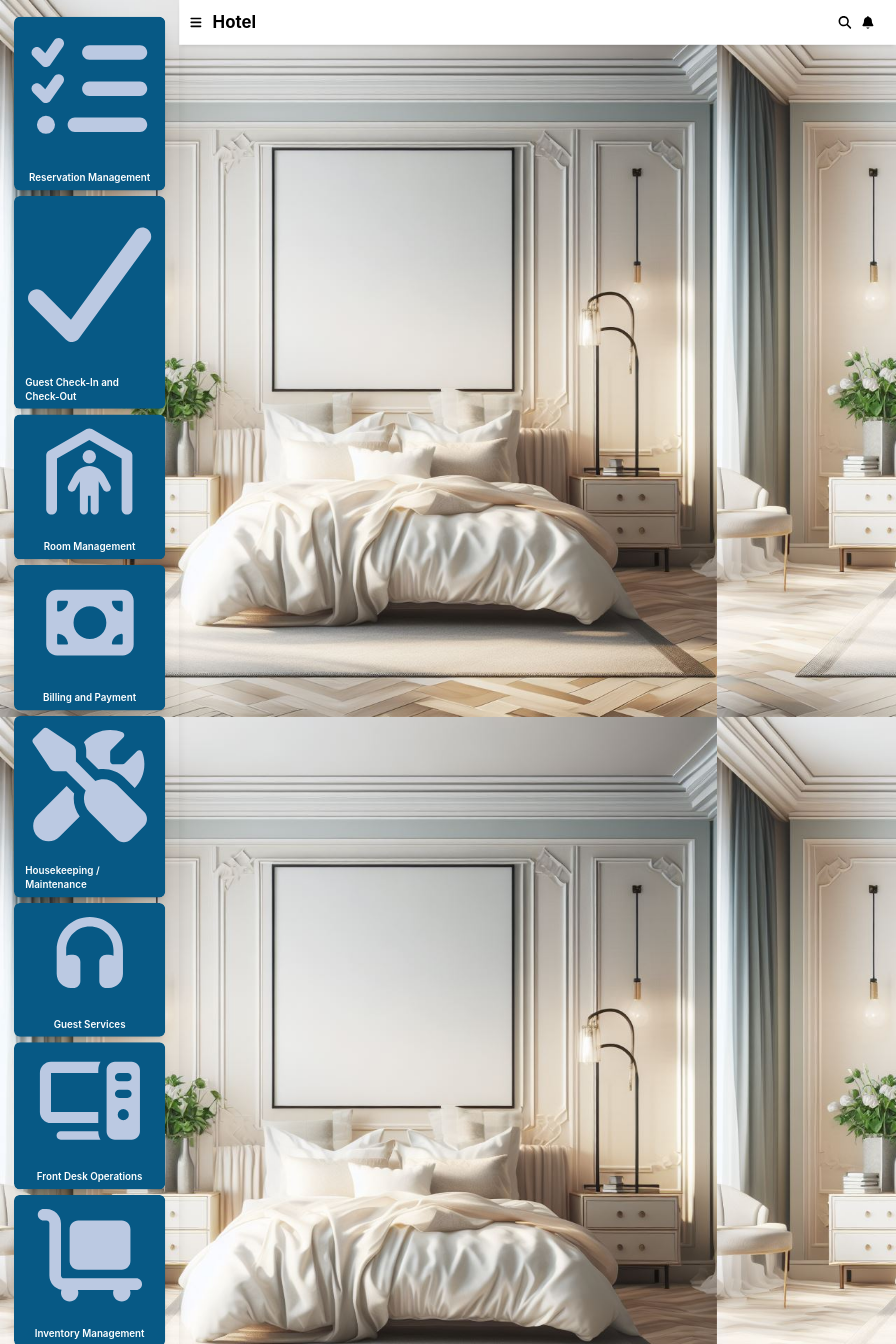
Repository: musabismael/Hotel
Page: /
The author's editor kept a copy of each file at every save. The page is drawn from the files as they stood at one save, then again after the next save.
The browser window is 1280 px wide. The pictures show the part of the page from y = 0 to 1920 px (the page is 3016 px tall before and 3063 px after), at 70% of full size.
The project was rebuilt for these pictures with package versions that can differ from the ones it lists, and the page was loaded fresh each time. Also part of the build but not shown: vite.config.js, src/App.css, src/pages/ReservationManagement.jsx, src/pages/GuestCheckInOut.jsx, src/pages/RoomManagement.jsx, src/pages/BillingPayment.jsx, src/pages/HousekeepingMaintenance.jsx, src/pages/GuestServices.jsx and 6 more.

Above is the page before, as saved 2023-10-01 18:58:42.

### index.html
<!doctype html>
<html lang="en">
  <head>
    <meta charset="UTF-8" />
    <link rel="icon" type="image/svg+xml" href="/vite.svg" />
    <meta name="viewport" content="width=device-width, initial-scale=1.0" />
    <title>Hotel</title>
  </head>
  <body>
    <div id="root"></div>
    <script type="module" src="/src/main.jsx"></script>
  </body>
</html>

### src/App.jsx
import "./App.css";
import { createBrowserRouter } from "react-router-dom";
import { RouterProvider } from "react-router";
import LandingPageLayout from "./layouts/LandingPageLayout";
import ReservationManagement from "./pages/ReservationManagement";
import GuestCheckInOut from "./pages/GuestCheckInOut";
import RoomManagement from "./pages/RoomManagement";
import BillingPayment from "./pages/BillingPayment";
import HousekeepingMaintenance from "./pages/HousekeepingMaintenance";
import GuestServices from "./pages/GuestServices";
import FrontDeskOperations from "./pages/FrontDeskOperations";
import InventoryManagement from "./pages/InventoryManagement";
import ReportingAnalytics from "./pages/ReportingAnalytics";
import SecurityAccessControl from "./pages/SecurityAccessControl";
import PointOfSale from "./pages/PointOfSale";
import CRM from "./pages/CRM"; // Import the CRM component
const router = createBrowserRouter([
  {
    path: "/",
    element: <LandingPageLayout />,
    children: [
      {
        path: "/reservation_management",
        element: <ReservationManagement />,
      },
      {
        path: "/guestCheckInOut",
        element: <GuestCheckInOut />,
      },
      {
        path: "/billing_and_payment",
        element: <BillingPayment />,
      },
      {
        path: "/room_management",
        element: <RoomManagement />,
      },
      {
        path: "/housekeeping_maintenance",
        element: <HousekeepingMaintenance />,
      },
      {
        path: "/guest_services",
        element: <GuestServices />,
      }, {
        path: "/desk_operations",
        element: <FrontDeskOperations />,
      }, {
        path: "/security_control",
        element: <SecurityAccessControl />,
      },
      {
        path: "/reporting_and_analytics",
        element: <ReportingAnalytics />,
      }, {
        path: "/inventory_management",
        element: <InventoryManagement />,
      },
      {
        path: "/pos",
        element: <PointOfSale />,
      },
      {
        path: "/crm",
        element: <CRM />,
      },
    ],
  },
]);

const App = () => <RouterProvider router={router} />;
export default App;

### src/index.css
@tailwind base;
@tailwind components;
@tailwind utilities;

:root {
  font-family: Inter, system-ui, Avenir, Helvetica, Arial, sans-serif;
  line-height: 1.5;
  font-weight: 400;
  background-image: url("cover.jpeg"), url("cover.jpeg");
  background-color:#397398;

  font-synthesis: none;
  text-rendering: optimizeLegibility;
  -webkit-font-smoothing: antialiased;
  -moz-osx-font-smoothing: grayscale;
  -webkit-text-size-adjust: 100%;
}

### src/layouts/LandingPageLayout.jsx
import { Outlet } from "react-router";
import Header from "../component/Header";
import Sidebar from "../component/Sidebar";
const LandingPageLayout = () => {
  return (
    <div className="flex #3d7c9f">
      <Sidebar />

      <div className="flex-1">
        <Header />
        <main className="p-4">
          <Outlet />
        </main>
      </div>
    </div>
  );
};

export default LandingPageLayout;

### src/component/Header.jsx
import { FontAwesomeIcon } from "@fortawesome/react-fontawesome";
import { faBars, faBell, faSearch } from "@fortawesome/free-solid-svg-icons";

function Header() {
  return (
    <header className="bg-white shadow-md p-4 flex justify-between items-center sticky top-0 w-full  ">
      <div className="flex items-center">
        <FontAwesomeIcon
          icon={faBars}
          className="text-black mr-4 text-lg color"
        />
        <h1 className="text-2xl font-bold text-black">Hotel</h1>
      </div>
      <div className="flex items-center">
        <FontAwesomeIcon icon={faSearch} className="text-black text-lg mr-4" />
        <FontAwesomeIcon icon={faBell} className="text-black text-lg mr-4" />

        {/* Add other icons or elements on the right side here */}
      </div>
    </header>
  );
}

export default Header;

### src/component/Sidebar.jsx
import Card from "./Card";
import {
  faPersonShelter,
  faListCheck,
  faCheck,
  faMoneyBill,
  faScrewdriverWrench,
  faHeadphones,
  faComputer,
  faCartFlatbed,
  faPersonMilitaryPointing,
  faChartBar,
  faKey,
  faBookmark,
} from "@fortawesome/free-solid-svg-icons";

const Sidebar = () => {
  const cardData = [
    {
      id: 1,
      title: "Reservation Management",
      description:
        "Online booking, availability calendar, and booking modification.",
      icon: faListCheck,
      link: "/reservation_management",
    },
    {
      id: 2,
      title: "Guest Check-In and Check-Out",
      description: "Guest registration, check-out, and key card issuance.",
      icon: faCheck,
      link: "/GuestCheckInOut",
    },
    {
      id: 3,
      title: "Room Management",
      description: "Room assignment, status updates, and inventory tracking.",
      icon: faPersonShelter,
      link: "/room_Management",
    },
    {
      id: 4,
      title: "Billing and Payment",
      description: "Invoicing, payment processing, and split billing.",
      icon: faMoneyBill,
      link: "/billing_and_payment",
    },
    {
      id: 5,
      title: "Housekeeping / Maintenance",
      description:
        "Housekeeping schedule, maintenance requests, and inventory management.",
      icon: faScrewdriverWrench,
      link: "/housekeeping_maintenance",
    },
    {
      id: 6,
      title: "Guest Services",
      description:
        "Concierge services, room service, wake-up calls, and laundry services.",
      icon: faHeadphones,
      link: "/guest_services",
    },
    {
      id: 7,
      title: "Front Desk Operations",
      description: "Guest inquiries, check-in/out, and guest profile access.",
      icon: faComputer,
      link: "/desk_operations",
    },
    {
      id: 8,
      title: "Inventory Management",
      description: "Managing hotel supplies and amenities.",
      icon: faCartFlatbed,
      link: "/inventory_management",
    },
    {
      id: 9,
      title: "Reporting and Analytics",
      description: "Generate reports on occupancy, revenue, and key metrics.",
      icon: faChartBar,
      link: "/reporting_and_analytics",
    },

    {
      id: 10,
      title: "Security and Access Control",
      description: "Surveillance camera integration and access control.",
      icon: faKey,
      link: "/security_control",
    },
    {
      id: 11,
      title: "Point of Sale (POS)",
      description:
        "Integration with on-site restaurants, bars, and gift shops.",
      icon: faBookmark,
      link: "/pos",
    },

    {
      id: 12,
      title: "Customer Relationship Management (CRM)",
      description: "Guest profiles, preferences, and loyalty programs.",
      icon: faPersonMilitaryPointing,
      link: "/crm",
    },

    // Add more service/feature objects here
  ];

  const handleCardClick = (id) => {
    console.log(`Card with ID ${id} clicked`);
  };
  return (
    <aside className="bg-white-700  w-1/5 min-h-screen p-4 shadow-lg overflow-y-scroll">
      <nav>
        {cardData.map((card) => (
          <Card
            key={card.id}
            link={card.link}
            icon={card.icon}
            title={card.title}
            onClick={() => handleCardClick(card.id)}
          />
        ))}
      </nav>
    </aside>
  );
};

export default Sidebar;

### src/component/Card.jsx
import { Link } from "react-router-dom";
import { FontAwesomeIcon } from "@fortawesome/react-fontawesome";
function Card({ link, icon, title, onClick }) {
  return (
    <div
      className="max-w-sm  mx-1 my-2 cursor-pointer shadow-lg rounded-lg overflow-hidden hover:shadow-xl transition duration-300 transform hover:scale-105"
      onClick={onClick}
    >
      <div className="bg-sky-800 rounded-lg overflow-hidden shadow-lg flex flex-col items-center justify-center">
        <Link to={link} className="text-blue-600 hover:text-blue-800">
          <FontAwesomeIcon
            icon={icon}
            size="2xs"
            className=" w-auto p-5 h-auto object-cover"
            style={{ color: "#bbc9e2" }}
          />

          <div className="px-4 py-2 items-center">
            <h3 className=" text-white text-sm  flex flex-col text-ellipsis items-center font-semibold">
              {title}
            </h3>
            {/* Add more content or description here if needed */}
          </div>
        </Link>
      </div>
    </div>
  );
}

export default Card;

### tailwind.config.js
/** @type {import('tailwindcss').Config} */
export default {
  content: [
    "./index.html",
    "./src/**/*.{js,ts,jsx,tsx}",
  ],
  theme: {
    extend: {
      fontFamily: {
        'custom': ['CustomFont', 'sans'],
      },
      textColor: {
        'custom': '#333333', // Custom text color
      },
    },
  },
  plugins: [],
}

Loaded but not shown: src/main.jsx (common file)

After the next save:
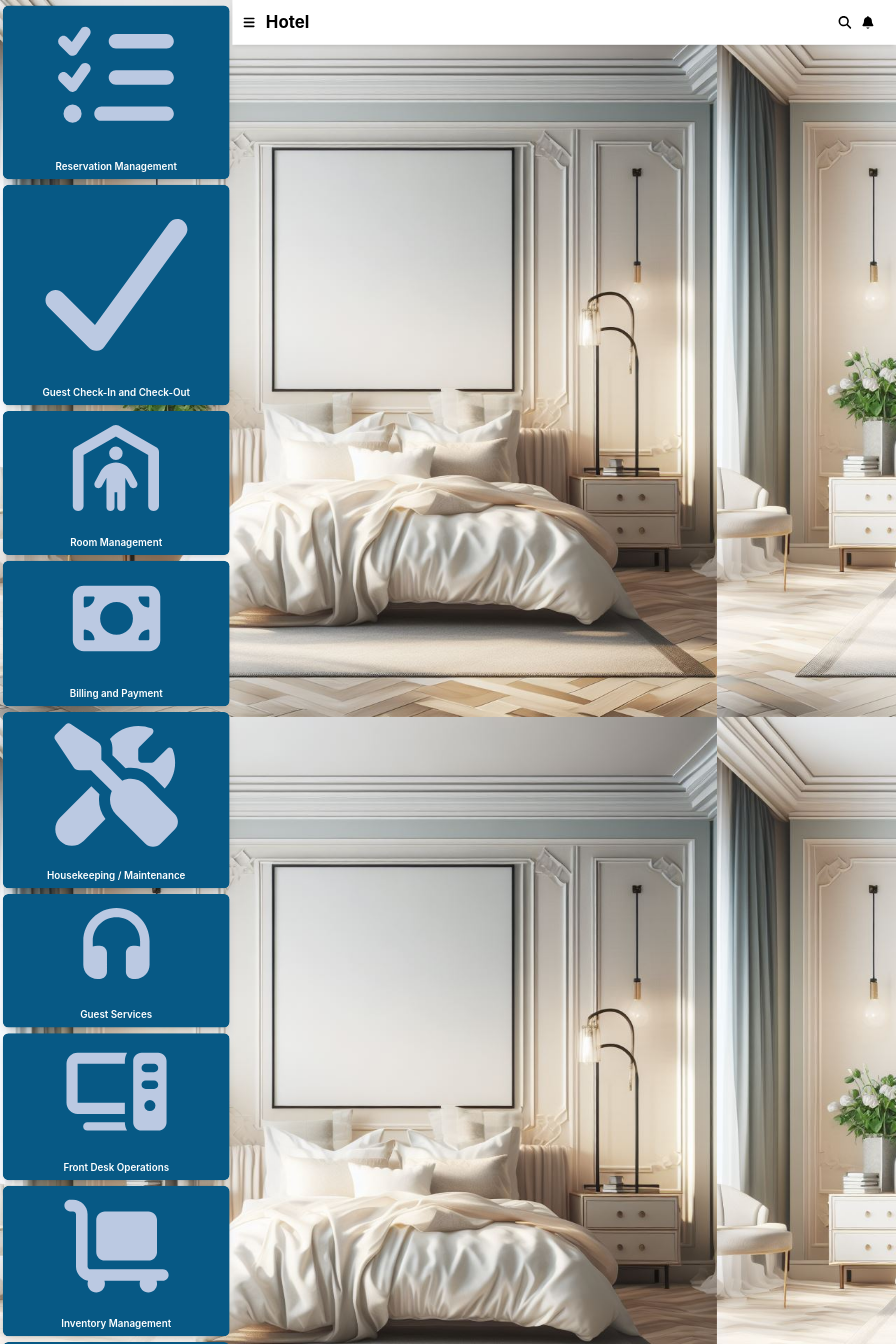
Saved 17 s later.
--- a/src/component/Sidebar.jsx
+++ b/src/component/Sidebar.jsx
@@ -114,7 +114,7 @@
     console.log(`Card with ID ${id} clicked`);
   };
   return (
-    <aside className="bg-white-700  w-1/5 min-h-screen p-4 shadow-lg overflow-y-scroll">
+    <aside className="bg-white-700  ">
       <nav>
         {cardData.map((card) => (
           <Card

After the save that followed:
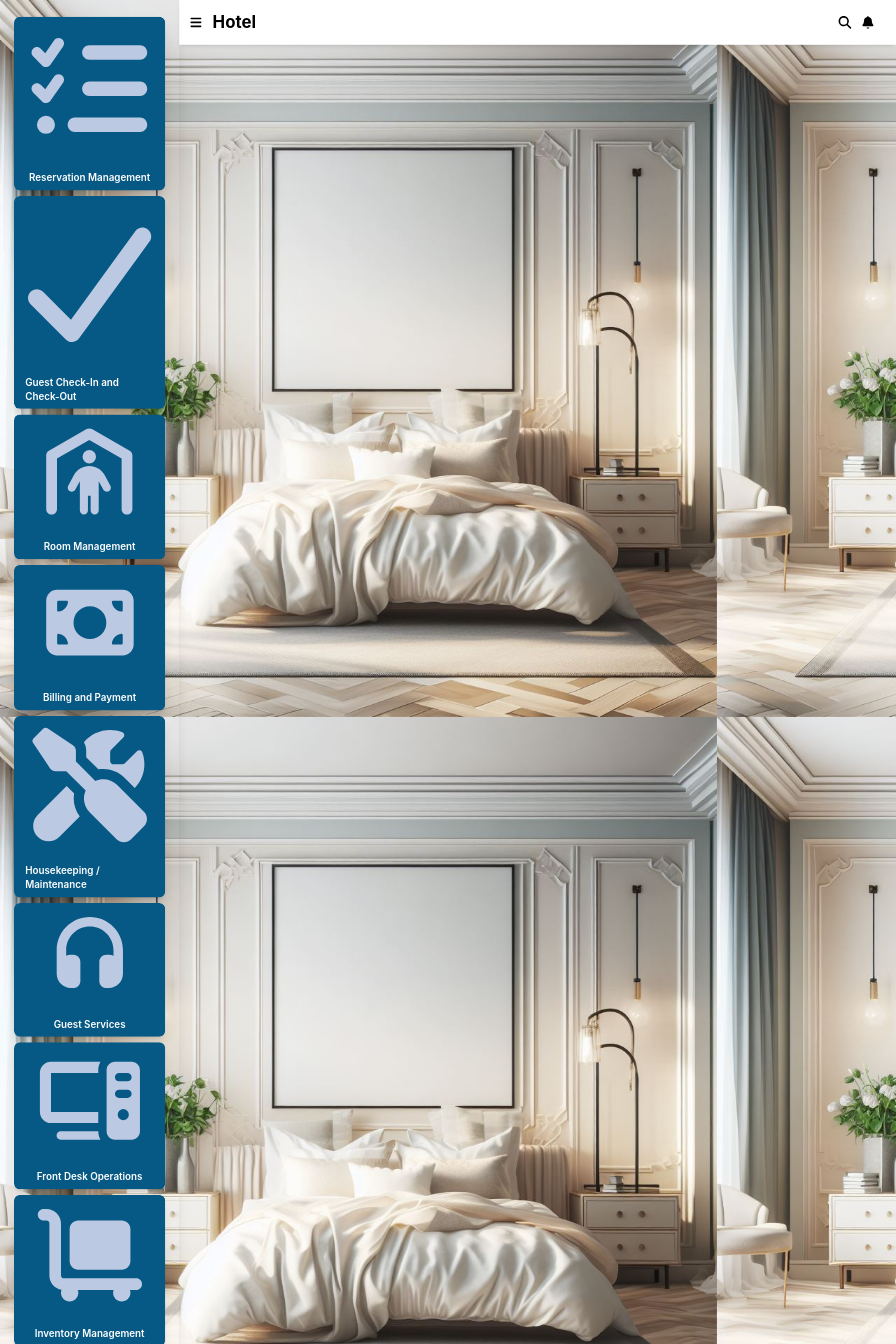
Saved 6 s later.
--- a/src/component/Sidebar.jsx
+++ b/src/component/Sidebar.jsx
@@ -114,7 +114,7 @@
     console.log(`Card with ID ${id} clicked`);
   };
   return (
-    <aside className="bg-white-700  ">
+    <aside className="bg-white-700  w-1/5 min-h-screen p-4 shadow-lg overflow-y-scroll">
       <nav>
         {cardData.map((card) => (
           <Card
